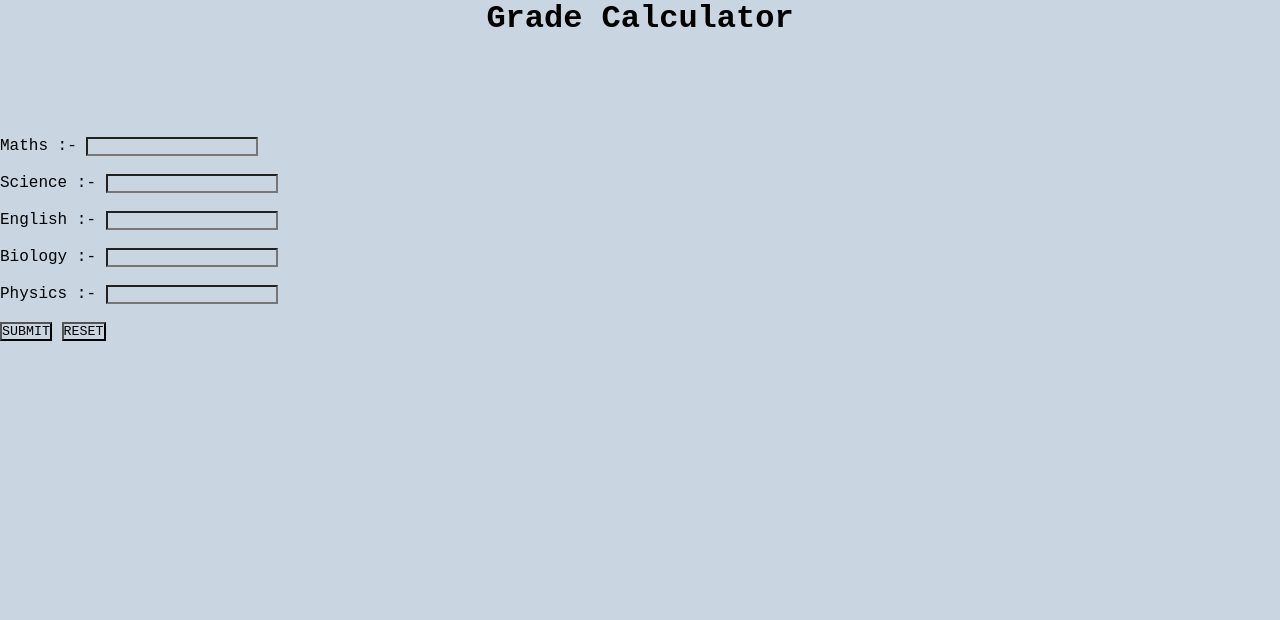
Repository: neelpatel6262/task-manager
Page: index.html
The author's editor kept a copy of each file at every save. The page is drawn from the files as they stood at one save, then again after the next save.
The browser window is 1280 px wide. The pictures show the whole page.
Some web fonts or font styles are not loaded; a fallback is used.

Above is the page before, as saved 2025-07-17 15:57:50.

After the next save:
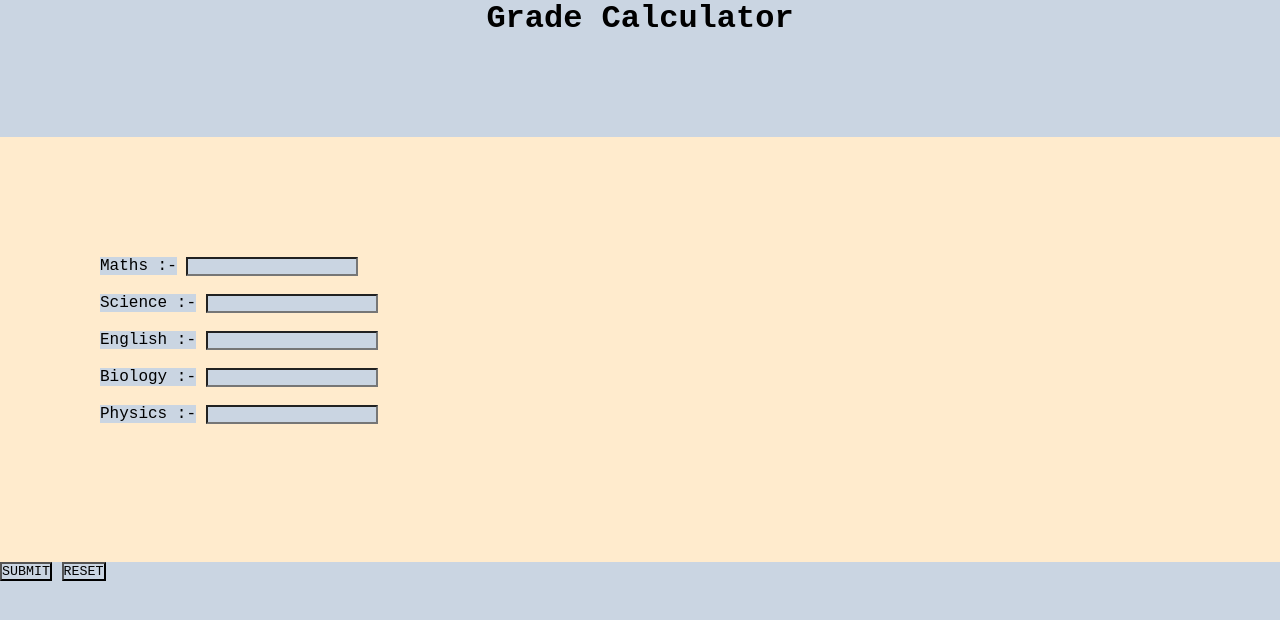
Saved 23 s later.
--- a/style.css
+++ b/style.css
@@ -11,3 +11,8 @@
   text-align: center;
   margin-bottom: 100px;
 }
+
+.form{
+  background-color: blanchedalmond;
+  padding: 120px 100px;
+}
